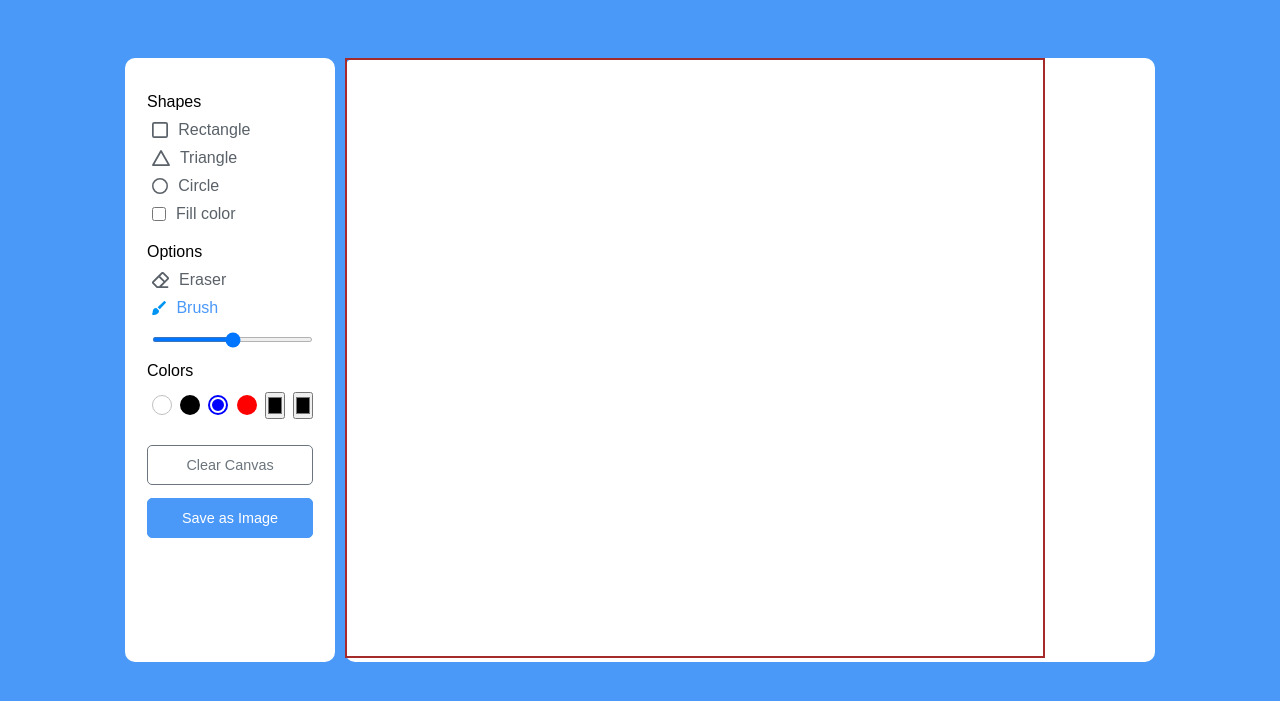
Repository: mdsajib50/Drawing-app
Page: index.html
These files come from the project's save history. The page is drawn as it stood at one moment and after a run of saves; the edit follows.
The browser window is 1280 px wide. The pictures show the whole page.

Above is the page before, as saved 2025-02-19 19:46:27.

### index.html
<!DOCTYPE html>
<html lang="en">
<head>
    <meta charset="UTF-8">
    <meta name="viewport" content="width=device-width, initial-scale=1.0">
    <link rel="stylesheet" href="style.css">
    <title>Drawing App</title>
</head>
<body>
    <div class="container">
        <section class="tools">
            <aside>
                <div class="row">
                    <label for="" class="title">Shapes</label>
                   <ul class="options">
                    <li class="option">
                        <img src="icons/icons/rectangle.svg" alt="">
                        <span>Rectangle</span>
                    </li>
                    <li class="option">
                        <img src="icons/icons/triangle.svg" alt="">
                        <span>Triangle</span>
                    </li>
                    <li class="option">
                        <img src="icons/icons/circle.svg" alt="">
                        <span>Circle</span>
                    </li>
                    <li class="option">
                        <input type="checkbox" name="" id="fill-color">
                        <label for="">Fill color</label>
                    </li>
                   </ul>
                </div>
                <div class="row">
                    <label for="" class="title">Options</label>
                   <ul class="options">
                    <li class="option">
                        <img src="icons/icons/eraser.svg" alt="">
                        <span>Eraser</span>
                    </li>
                    <li class="option active">
                        <img src="icons/icons/brush.svg" alt="">
                        <span>Brush</span>
                    </li>
                    <li class="option">
                        <input type="range" name="" id="size-slider">
                    </li>
                   </ul>
                </div>
                <div class="row colors">
                    <label for="" class="title">Colors</label>
                   <ul class="options">
                    <li class="option"></li>
                    <li class="option"></li>
                    <li class="option selected"></li>
                    <li class="option"></li>
                    <li class="option">
                        <input type="color" name="" id="" value="green">
                    </li>
                    <li class="option">
                        <input type="color" name="" id="color-picker" value="yellow">
                    </li>
                   </ul>
                </div>
                <div class="row buttons">
                   <button class="clear-canvas" type="button">Clear Canvas</button>
                   <button class="save-image" type="button">Save as Image</button>
                </div>
            </aside>
        </section>
        <section class="drawing-board">
            <div>
                <canvas id="myCanvas"></canvas>
            </div>
        </section>
    </div>
    <script src="script.js"></script>
</body>
</html>

### style.css
*{
    margin: 0;
    padding: 0;
    box-sizing: border-box;
    font-family: 'Poppins', sans-serif;
}

body{
    display: flex;
    justify-content: center;
    align-items: center;
    min-height: 100vh;
    background-color: #4A98F7;
}
.container{
    display: flex;
    width: 100%;
    max-width: 1050px;
    gap: 10px;
    padding: 10px;
}

section{
    background-color: #fff;
    border-radius: 10px;
}

.tools{
    width: 210px;
    padding: 15px 22px 0;
}

.tools .row{
    margin-top: 20px;
}

.row .options{
    list-style: none;
    margin: 10px 0 0 5px;
}

.row .options .option{
    display: flex;
    align-items: center;
    margin-bottom: 10px;
    cursor: pointer;
}

.option:is(:hover, .active) img{
    filter: invert(17%) sepia(90%) saturate(3000%) hue-rotate(900deg) brightness(100%) contrast(100%);
}

.option :where(span, label){
    color: #5A6168;
    padding-left: 10px;
}

.option:is(:hover, .active) :where(span, label){
    color: #4A98F7;
}

.option #fill-color{
    height: 14px;
    width: 14px;
}

#fill-color:checked ~ label{
    color: #4A98F7;
}

.option #size-slider{
    width: 100%;
    height: 5px;
    margin-top: 10px;
}

.colors .options{
    display: flex;
    justify-content: space-between;
    gap: 5px;
}

.colors .option{
    width: 20px;
    height: 20px;
    background: red;
    border-radius: 50%;
    margin-top: 5px;
    position: relative;
}

.colors .option:nth-child(1){
    background: #fff;
    border: 1px solid #bfbfbf;
}
.colors .option:nth-child(2){
    background: #000;
}
.colors .option:nth-child(3){
    background: blue;
}
.colors .option:nth-child(4){
    background: red;
}
.colors .option:nth-child(5){
    background: green;
}
.colors .option:nth-child(6){
    background: yellow;
}

.colors .option.selected:before{
    position: absolute;
    content: "";
    top: 50%;
    left: 50%;
    width: 12px;
    height: 12px;
    background: inherit;
    border-radius: inherit;
    border: 2px solid #fff;
    transform: translate(-50%, -50%);
}

.colors .option:first-child.selected::before{
    border-color: #ccc;
}

.buttons button{
    width: 100%;
    color: #fff;
    border: none;
    outline: none;
    padding: 11px 0;
    font-size: 0.9rem;
    margin-bottom: 13px;
    background: none;
    border-radius: 5px;
    cursor: pointer;
}

.buttons .clear-canvas{
    color: #6C757D;
    border: 1px solid #6C757D;
    transition: all 0.3s ease;
}

.clear-canvas:hover{
    color: #fff;
    background: #6C757D;
}

.buttons .save-image{
    background: #4A98F7;
    border: 1px solid #4A98F7;
}
.drawing-board{
    flex: 1;
}
canvas{
    width: 700px;
    height: 600px;
    border: 2px solid brown;
}

### script.js
const drawing = document.getElementById('myCanvas');

After the next 2 saves:
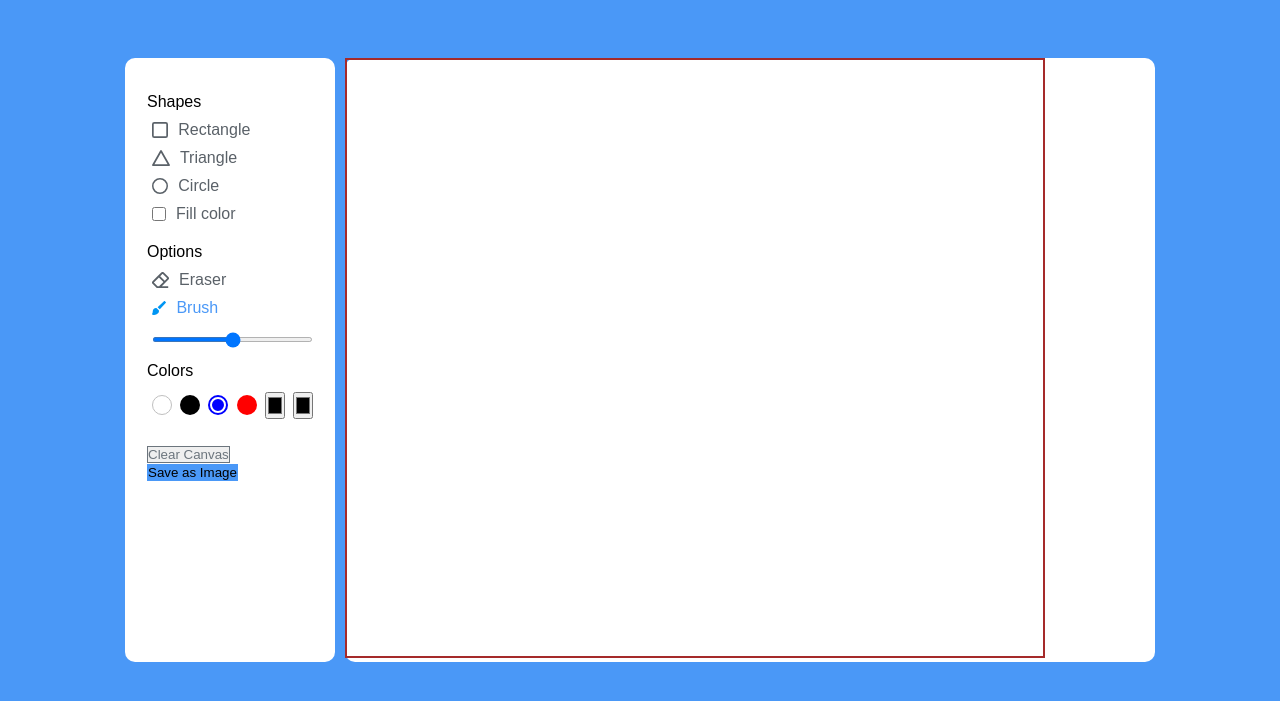
The 2 saves are shown as one change because they came seconds apart.
The last was saved 32 s later.
--- a/style.css
+++ b/style.css
@@ -126,6 +126,8 @@
     border-color: #ccc;
 }
 
+.option #
+
 .buttons button{
     width: 100%;
     color: #fff;

After the 5 saves that followed:
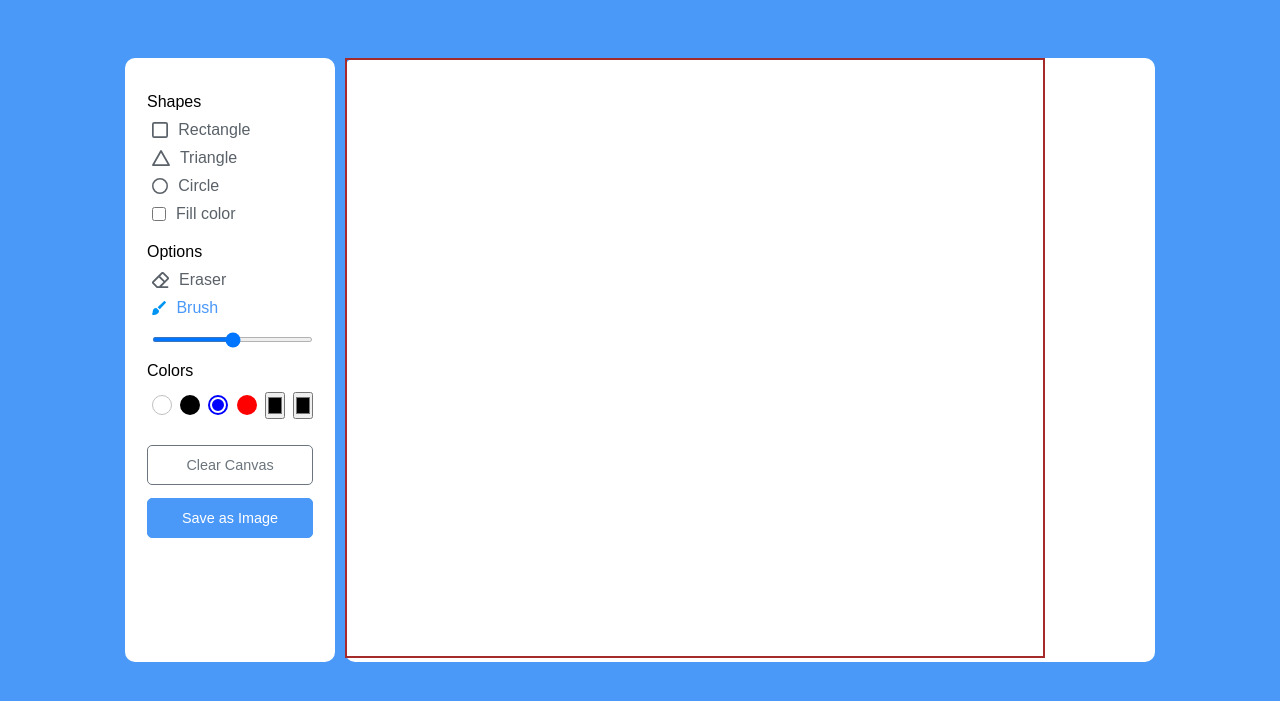
The 5 saves are shown as one change because 1 left the picture as it was and some came seconds apart.
The last was saved 16 s later.
--- a/style.css
+++ b/style.css
@@ -126,7 +126,9 @@
     border-color: #ccc;
 }
 
-.option #
+.option #color-picker{
+    op
+}
 
 .buttons button{
     width: 100%;
